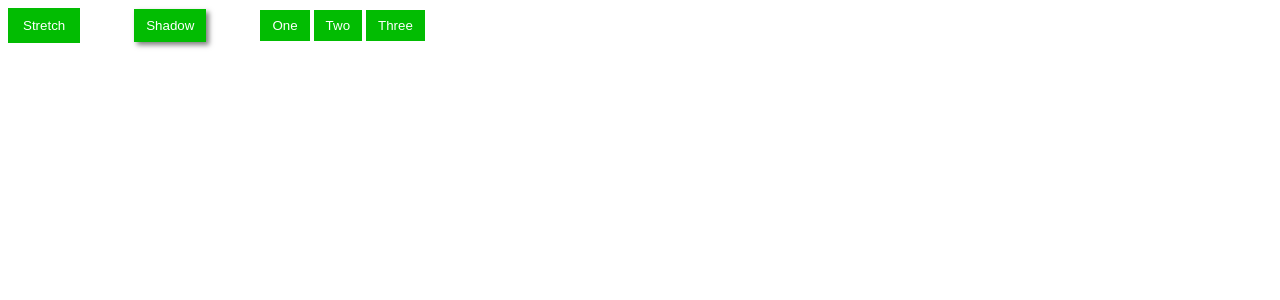
Repository: Kurumilli/Youtube
Page: 4i.html
An editor plug-in stored every save of this project. The page is shown before and after the next save, followed by the edit.
The browser window is 1280 px wide. The pictures show the whole page.

Above is the page before, as saved 2025-01-29 20:12:43.

After the next save:
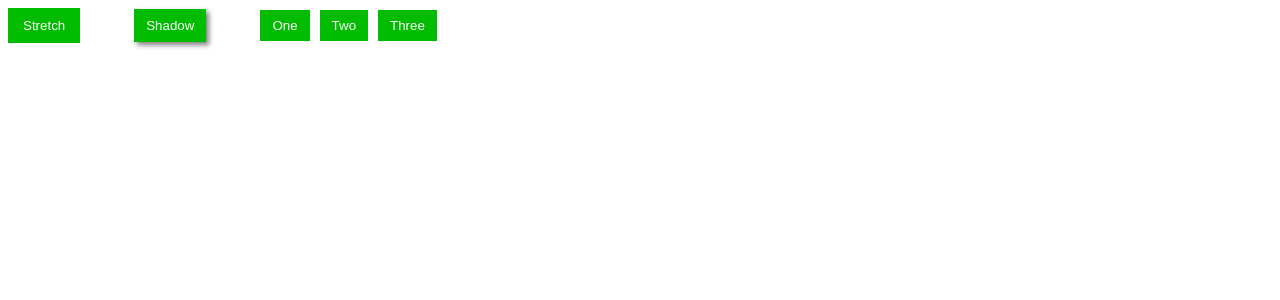
Saved 15 s later.
--- a/4i.html
+++ b/4i.html
@@ -46,6 +46,7 @@ box-shadow: 3px 3px 5px rgba(0,0,0,0.5);
 .stretch-button{
     background-color: rgb(2, 188, 2);
     color: white;
+    margin-right: 6px;
     padding-top: 8px;
     padding-bottom: 8px;
     padding-left: 12px;
